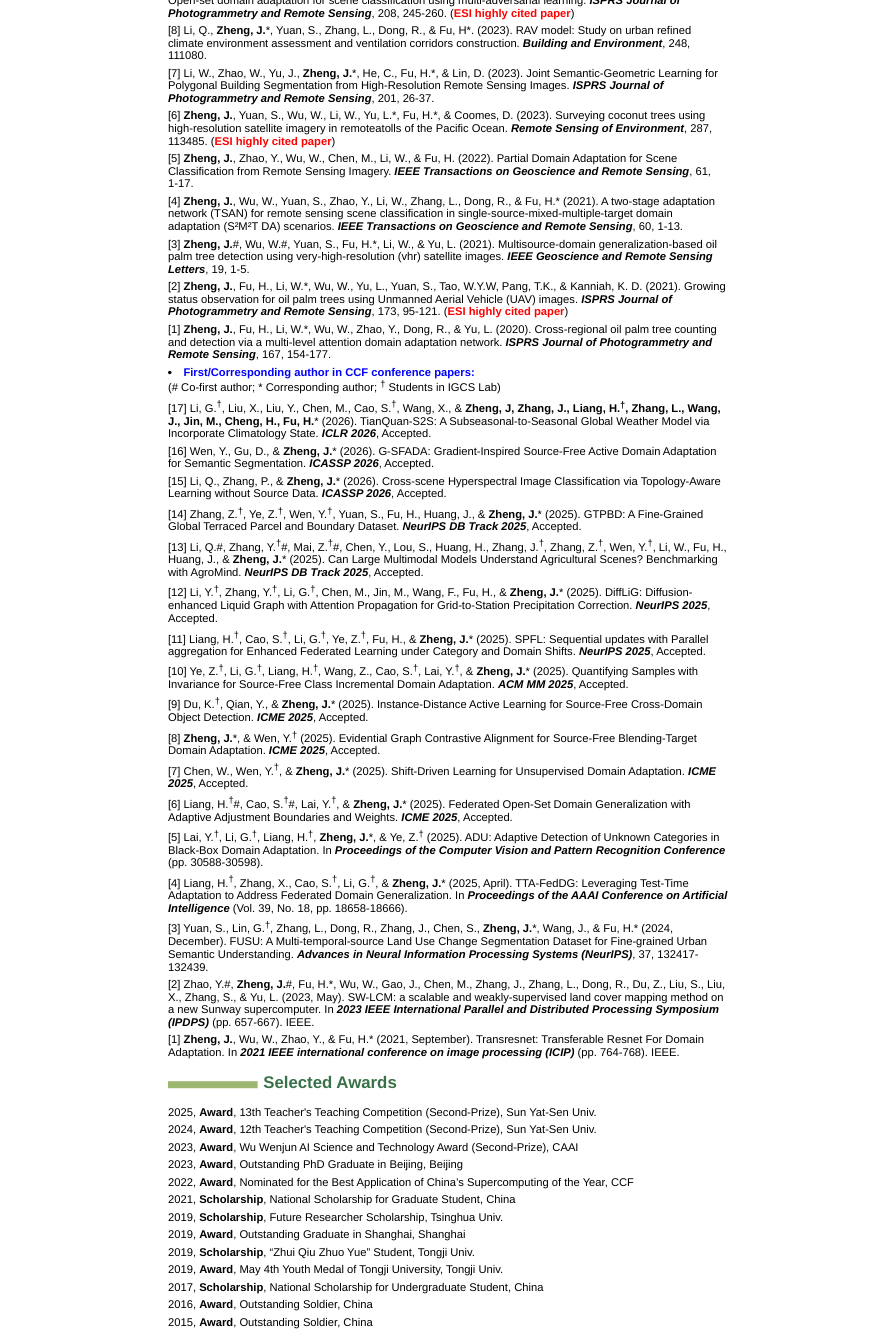
Repository: rssysu/rssysu.github.io
Page: assets/resume/zjp.html
The author's editor kept a copy of each file at every save. The page is drawn from the files as they stood at one save, then again after the next save.
The browser window is 1280 px wide. The pictures show the part of the page from y = 2711 to 4631 px (the page is 4626 px tall before and 4631 px after), at 70% of full size.

Above is the page before, as saved 2026-01-26 21:16:18.

After the next save:
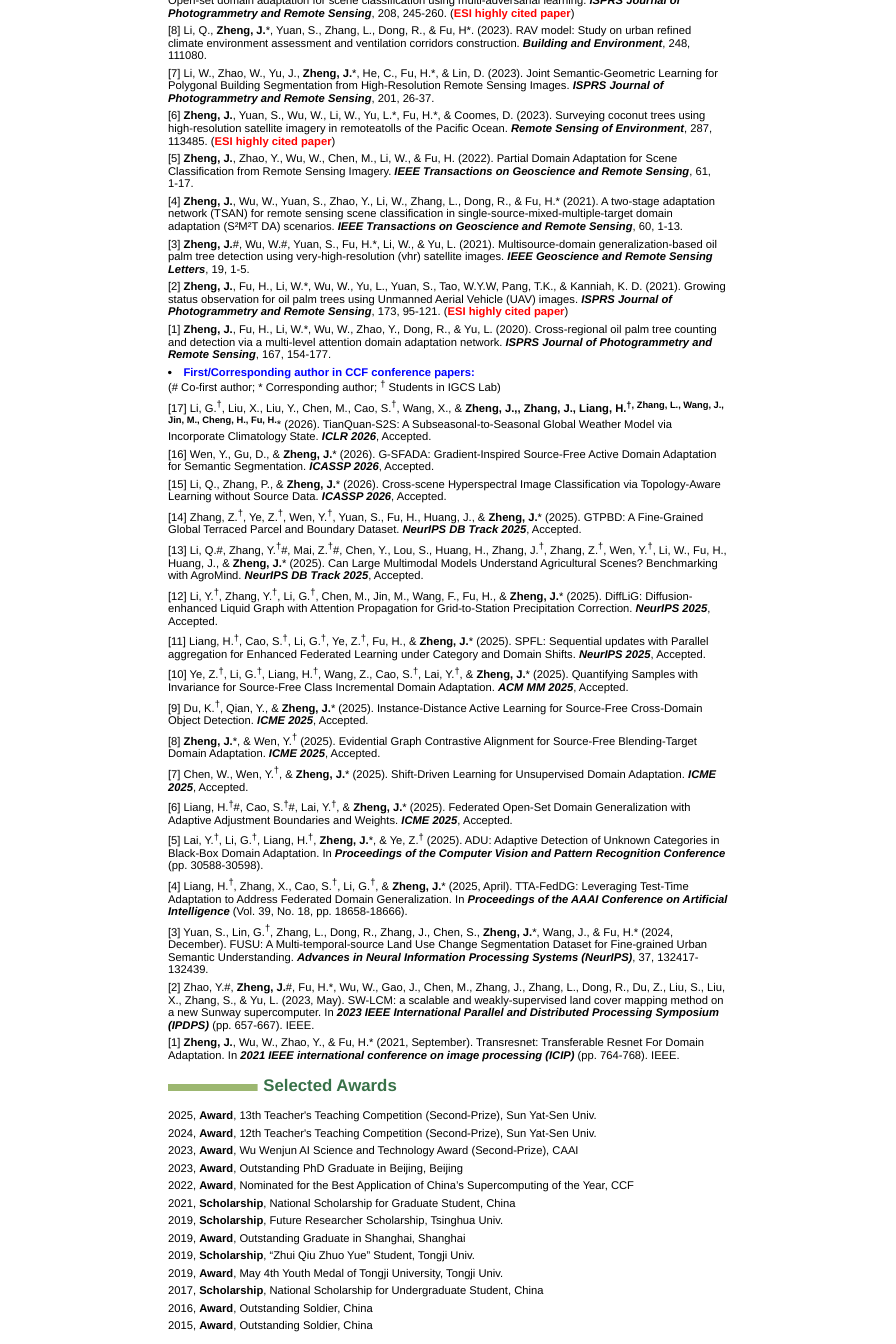
Saved 116 s later.
--- a/assets/resume/zjp.html
+++ b/assets/resume/zjp.html
@@ -187,7 +187,7 @@
 <p></p>
 <li><b><font color="blue">First/Corresponding author in CCF conference papers:</font></b></li>
 <p>(# Co-first author; * Corresponding author; <sup>&#8224</sup> Students in IGCS Lab)</p>
-<p>[17] Li, G.<sup>&#8224</sup>, Liu, X., Liu, Y., Chen, M., Cao, S.<sup>&#8224</sup>, Wang, X., &amp; <b>Zheng, J, Zhang, J., Liang, H.<sup>&#8224</sup>, Zhang, L., Wang, J., Jin, M., Cheng, H., Fu, H.</b>* (2026). TianQuan-S2S: A Subseasonal-to-Seasonal Global Weather Model via Incorporate Climatology State. <b><em>ICLR 2026</em></b>, Accepted.</p>
+<p>[17] Li, G.<sup>&#8224</sup>, Liu, X., Liu, Y., Chen, M., Cao, S.<sup>&#8224</sup>, Wang, X., &amp; <b>Zheng, J.,</sup>, Zhang, J., Liang, H.<sup>&#8224, Zhang, L., Wang, J., Jin, M., Cheng, H., Fu, H.</b>* (2026). TianQuan-S2S: A Subseasonal-to-Seasonal Global Weather Model via Incorporate Climatology State. <b><em>ICLR 2026</em></b>, Accepted.</p>
 <p>[16] Wen, Y., Gu, D., &amp; <b>Zheng, J.</b>* (2026). G-SFADA: Gradient-Inspired Source-Free Active Domain Adaptation for Semantic Segmentation. <b><em>ICASSP 2026</em></b>, Accepted.</p>
 <p>[15] Li, Q., Zhang, P., &amp; <b>Zheng, J.</b>* (2026). Cross-scene Hyperspectral Image Classification via Topology-Aware Learning without Source Data. <b><em>ICASSP 2026</em></b>, Accepted.</p>
 <p>[14] Zhang, Z.<sup>&#8224</sup>, Ye, Z.<sup>&#8224</sup>, Wen, Y.<sup>&#8224</sup>, Yuan, S., Fu, H., Huang, J., &amp; <b>Zheng, J.</b>* (2025). GTPBD: A Fine-Grained Global Terraced Parcel and Boundary Dataset. <b><em>NeurIPS DB Track 2025</em></b>, Accepted.</p>

After the save that followed:
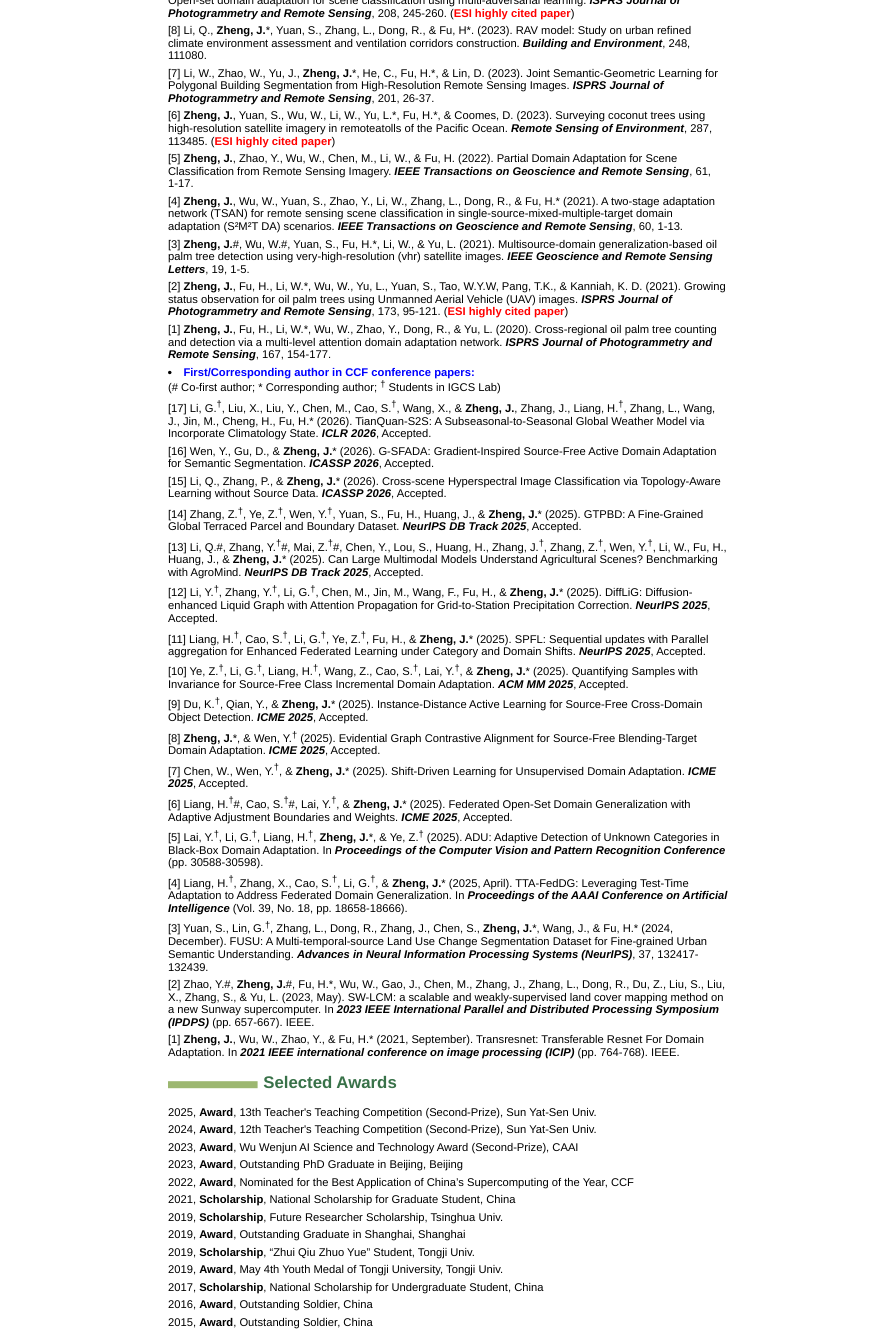
Saved 58 s later.
--- a/assets/resume/zjp.html
+++ b/assets/resume/zjp.html
@@ -187,7 +187,7 @@
 <p></p>
 <li><b><font color="blue">First/Corresponding author in CCF conference papers:</font></b></li>
 <p>(# Co-first author; * Corresponding author; <sup>&#8224</sup> Students in IGCS Lab)</p>
-<p>[17] Li, G.<sup>&#8224</sup>, Liu, X., Liu, Y., Chen, M., Cao, S.<sup>&#8224</sup>, Wang, X., &amp; <b>Zheng, J.,</sup>, Zhang, J., Liang, H.<sup>&#8224, Zhang, L., Wang, J., Jin, M., Cheng, H., Fu, H.</b>* (2026). TianQuan-S2S: A Subseasonal-to-Seasonal Global Weather Model via Incorporate Climatology State. <b><em>ICLR 2026</em></b>, Accepted.</p>
+<p>[17] Li, G.<sup>&#8224</sup>, Liu, X., Liu, Y., Chen, M., Cao, S.<sup>&#8224</sup>, Wang, X., &amp; <b>Zheng, J.</b>, Zhang, J., Liang, H.<sup>&#8224</sup>, Zhang, L., Wang, J., Jin, M., Cheng, H., Fu, H.* (2026). TianQuan-S2S: A Subseasonal-to-Seasonal Global Weather Model via Incorporate Climatology State. <b><em>ICLR 2026</em></b>, Accepted.</p>
 <p>[16] Wen, Y., Gu, D., &amp; <b>Zheng, J.</b>* (2026). G-SFADA: Gradient-Inspired Source-Free Active Domain Adaptation for Semantic Segmentation. <b><em>ICASSP 2026</em></b>, Accepted.</p>
 <p>[15] Li, Q., Zhang, P., &amp; <b>Zheng, J.</b>* (2026). Cross-scene Hyperspectral Image Classification via Topology-Aware Learning without Source Data. <b><em>ICASSP 2026</em></b>, Accepted.</p>
 <p>[14] Zhang, Z.<sup>&#8224</sup>, Ye, Z.<sup>&#8224</sup>, Wen, Y.<sup>&#8224</sup>, Yuan, S., Fu, H., Huang, J., &amp; <b>Zheng, J.</b>* (2025). GTPBD: A Fine-Grained Global Terraced Parcel and Boundary Dataset. <b><em>NeurIPS DB Track 2025</em></b>, Accepted.</p>
